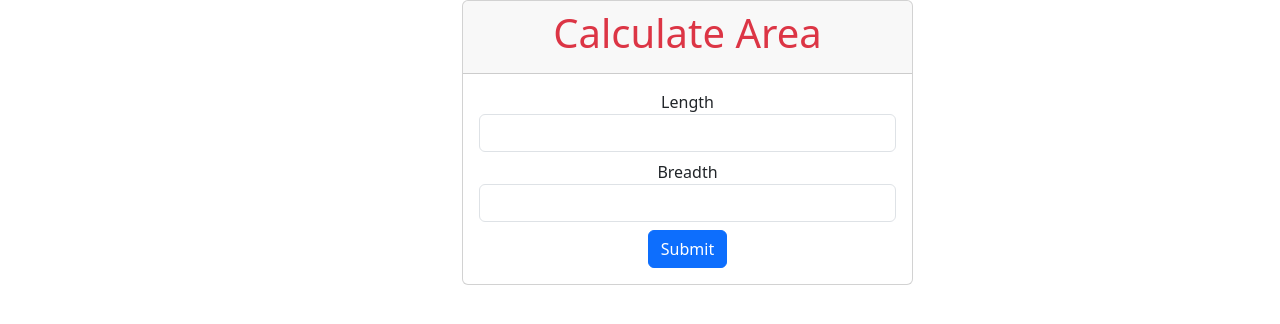
Repository: Laxman-Nath/Servlet_JSP
Page: http://localhost/Area/
An editor plug-in stored every save of this project. The page is shown before and after the next save, followed by the edit.
The browser window is 1280 px wide. The pictures show the whole page.
The page is served by Tomcat 9.

Above is the page before, as saved 2024-09-02 11:06:53.

After the next save:
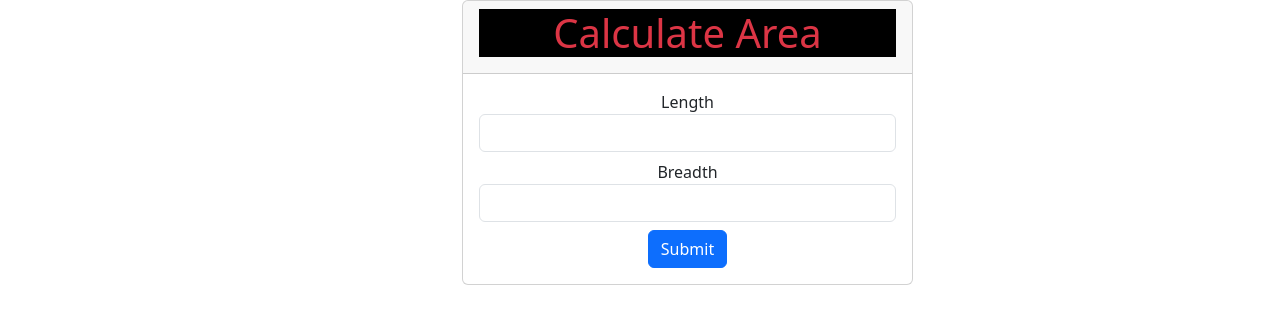
Saved 16 s later.
--- a/Area/src/main/webapp/Area.jsp
+++ b/Area/src/main/webapp/Area.jsp
@@ -16,7 +16,7 @@
 <div class="row">
 <div class="col-md-5 offset-md-4">
     <div class="card">
-    <div class="card-header"><h1 class="text-center text-danger">Calculate Area</h1></div>
+    <div class="card-header"><h1 class="text-center text-danger bg-black">Calculate Area</h1></div>
     <div class="card-body text-center">
 	<form action="AreaServlet" method="post">
 		<div class="mb-2">
